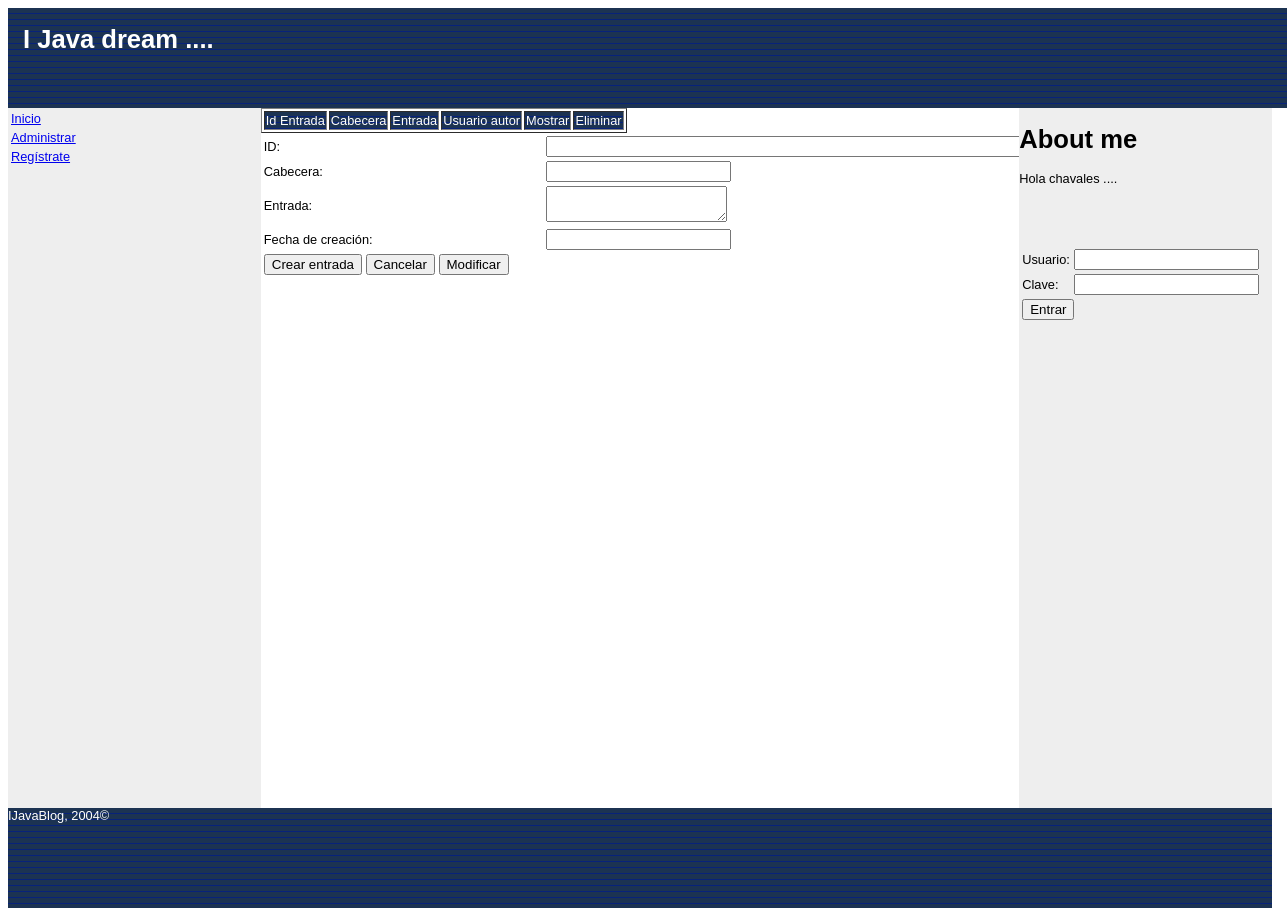
Repository: alruis/IJavaDreamBlog
Page: http://localhost/IJavaBlog/jsp/blog/inicio.jsp
The author's editor kept a copy of each file at every save. The page is drawn from the files as they stood at one save, then again after the next save.
The browser window is 1280 px wide. The page is 1287 px wide, so the pictures cover 1287 px, including what lies to the right of the window. The pictures show the whole page.
The page is served by Tomcat 9. Nobody is signed in. The application's start-up code is not run. The template is opened directly, without the code that normally fills it, so the values that code supplies are empty.

Above is the page before, as saved 2014-09-26 14:20:31.
Console error: ReferenceError: init is not defined

After the next save:
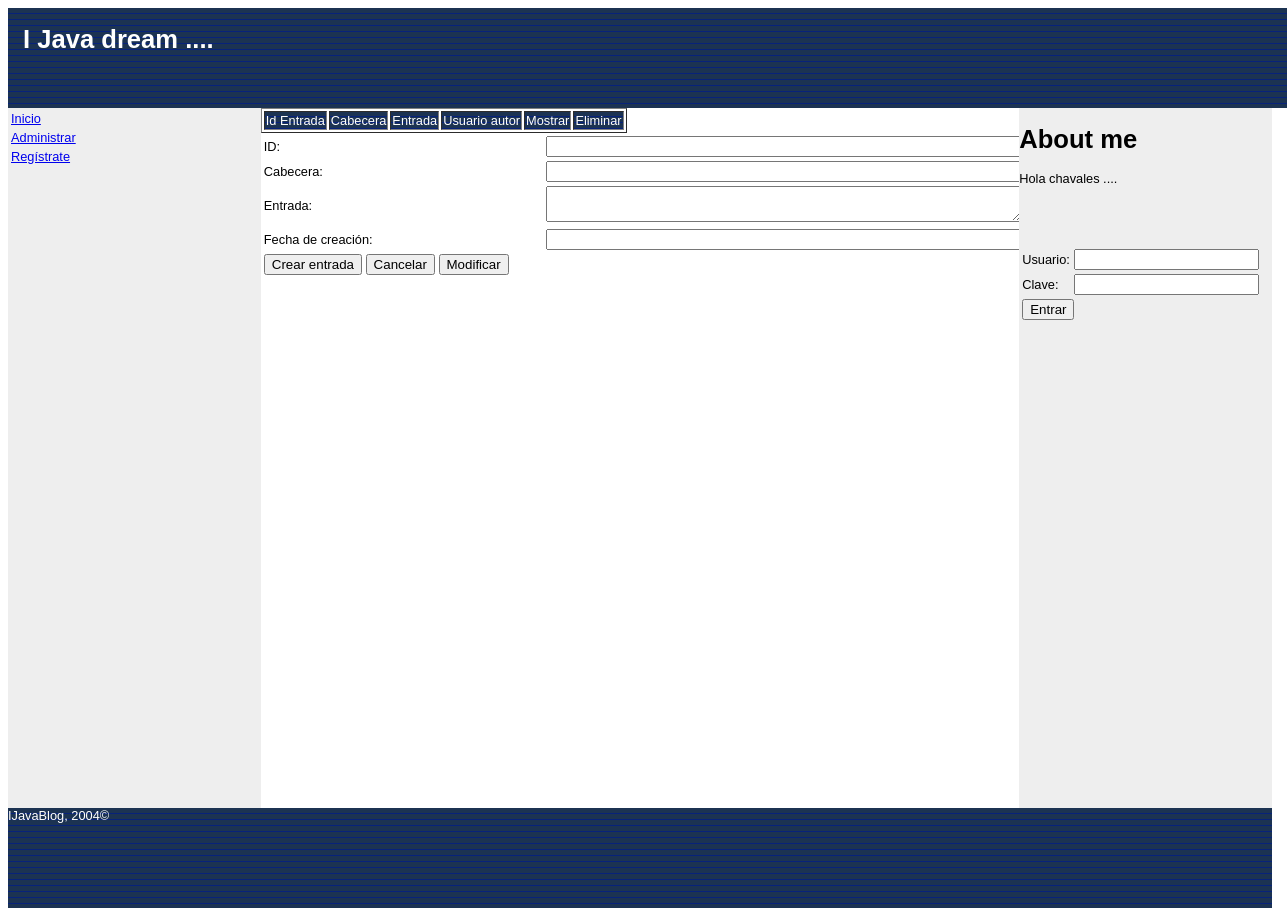
Saved 31 s later.
--- a/IJavaBlog/WebContent/jsp/blog/inicio.jsp
+++ b/IJavaBlog/WebContent/jsp/blog/inicio.jsp
@@ -110,16 +110,16 @@
 			</tr>
 			<tr>
 				<td>Cabecera:</td>
-				<td><form:input path="cabeceraEntrada"/> </td>
+				<td><form:input path="cabeceraEntrada" cssStyle="width:100%"/> </td>
 			</tr>
 			<tr>
 				<td>Entrada:</td>
-				<td><form:textarea  path="entrada" /> </td>
+				<td><form:textarea  path="entrada"  cssStyle="width:100%"/> </td>
 			</tr>
 
 			<tr>
 				<td>Fecha de creación:</td>
-				<td><form:input path="fechaCreacion"/> </td>
+				<td><form:input path="fechaCreacion" cssStyle="width:100%"/> </td>
 			</tr>
 			<tr>
 				<td colspan="2">
